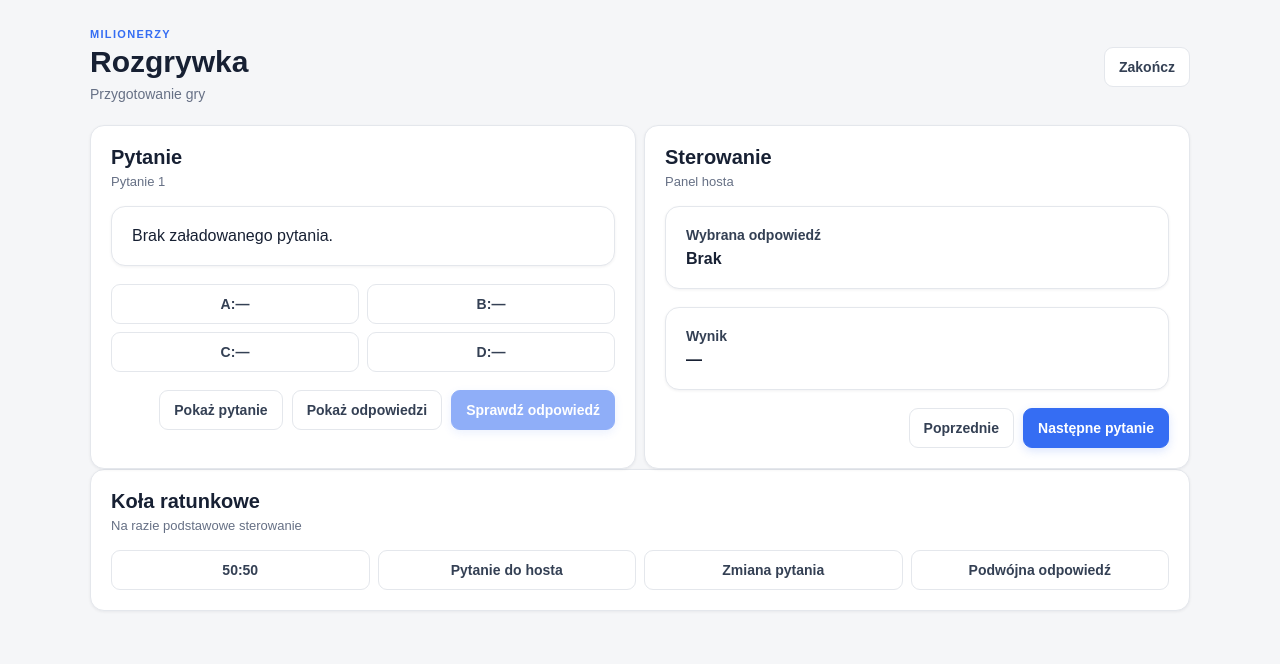
Repository: WaleonGames/HTGMilionerzy
Page: views/game.html
An editor plug-in stored every save of this project. The page is shown before and after a run of saves, followed by the edit.
The browser window is 1280 px wide. The pictures show the whole page.

Above is the page before, as saved 2026-09-05 20:39:04.

### views/game.html
<!doctype html>
<html lang="pl">
<head>
  <meta charset="UTF-8">
  <meta name="viewport" content="width=device-width,initial-scale=1.0">

  <title>Milionerzy - Gra</title>

  <link rel="stylesheet" href="../public/css/style.css">
  <link rel="stylesheet" href="../public/css/design.css">
</head>
<body>
  <main class="page">
    <header class="page-header">
      <div class="page-header-main">
        <span class="eyebrow">
          MILIONERZY
        </span>

        <h1 class="page-title">
          Rozgrywka
        </h1>

        <p
          id="gameStatus"
          class="page-description"
        >
          Przygotowanie gry
        </p>
      </div>

      <div class="form-actions">
        <button
          id="backButton"
          class="button button-secondary"
          type="button"
        >
          Zakończ
        </button>
      </div>
    </header>

    <section class="grid grid-2">
      <section class="panel">
        <div class="panel-header">
          <div>
            <h2>
              Pytanie
            </h2>

            <span id="questionNumber">
              Pytanie 1
            </span>
          </div>
        </div>

        <div class="form">
          <div
            id="questionText"
            class="card"
          >
            Brak załadowanego pytania.
          </div>

          <div
            id="answersGrid"
            class="grid grid-2"
          >
            <button
              class="button answer-option"
              data-answer="A"
              type="button"
            >
              <strong>A:</strong>
              <span id="answerTextA">—</span>
            </button>

            <button
              class="button answer-option"
              data-answer="B"
              type="button"
            >
              <strong>B:</strong>
              <span id="answerTextB">—</span>
            </button>

            <button
              class="button answer-option"
              data-answer="C"
              type="button"
            >
              <strong>C:</strong>
              <span id="answerTextC">—</span>
            </button>

            <button
              class="button answer-option"
              data-answer="D"
              type="button"
            >
              <strong>D:</strong>
              <span id="answerTextD">—</span>
            </button>
          </div>

          <div class="form-actions">
            <button
              id="showQuestionButton"
              class="button button-secondary"
              type="button"
            >
              Pokaż pytanie
            </button>

            <button
              id="showAnswersButton"
              class="button button-secondary"
              type="button"
            >
              Pokaż odpowiedzi
            </button>

            <button
              id="checkAnswerButton"
              class="button button-primary"
              type="button"
              disabled
            >
              Sprawdź odpowiedź
            </button>
          </div>
        </div>
      </section>

      <section class="panel">
        <div class="panel-header">
          <div>
            <h2>
              Sterowanie
            </h2>

            <span>
              Panel hosta
            </span>
          </div>
        </div>

        <div class="form">
          <div class="card">
            <div class="form-field">
              <label>
                Wybrana odpowiedź
              </label>

              <strong id="selectedAnswer">
                Brak
              </strong>
            </div>
          </div>

          <div class="card">
            <div class="form-field">
              <label>
                Wynik
              </label>

              <strong id="answerResult">
                —
              </strong>
            </div>
          </div>

          <div class="form-actions">
            <button
              id="previousQuestionButton"
              class="button button-secondary"
              type="button"
            >
              Poprzednie
            </button>

            <button
              id="nextQuestionButton"
              class="button button-primary"
              type="button"
            >
              Następne pytanie
            </button>
          </div>
        </div>
      </section>
    </section>

    <section class="panel">
      <div class="panel-header">
        <div>
          <h2>
            Koła ratunkowe
          </h2>

          <span>
            Na razie podstawowe sterowanie
          </span>
        </div>
      </div>

      <div class="grid grid-4">
        <button
          id="lifeline5050"
          class="button"
          type="button"
        >
          50:50
        </button>

        <button
          id="lifelineHost"
          class="button"
          type="button"
        >
          Pytanie do hosta
        </button>

        <button
          id="lifelineChange"
          class="button"
          type="button"
        >
          Zmiana pytania
        </button>

        <button
          id="lifelineDouble"
          class="button"
          type="button"
        >
          Podwójna odpowiedź
        </button>
      </div>
    </section>
  </main>

  <script src="../public/js/design.js"></script>
  <script src="../public/js/game.js"></script>
</body>
</html>

### public/css/style.css
*{
  box-sizing:border-box;
  margin:0;
  padding:0;
}

html,
body{
  width:100%;
  min-height:100%;
}

body{
  min-height:100vh;
  font-family:Arial,sans-serif;
}

button,
input,
select,
textarea{
  font:inherit;
}

button{
  cursor:pointer;
}

[hidden]{
  display:none !important;
}

/* =========================
   APP
========================= */

.app{
  min-height:100vh;
}

/* =========================
   PAGE
========================= */

.page{
  width:min(1100px,calc(100% - 32px));
  margin:0 auto;
  padding:28px 0;
}

.page-header{
  display:flex;
  align-items:center;
  justify-content:space-between;
  gap:20px;
  margin-bottom:20px;
}

.page-header-main{
  min-width:0;
}

.page-title{
  margin:4px 0;
  font-size:30px;
  line-height:1.2;
}

.page-description{
  font-size:14px;
  line-height:1.5;
}

.eyebrow{
  display:block;
  font-size:11px;
  font-weight:800;
  letter-spacing:.12em;
}

.text-muted{
  font-size:13px;
}

/* =========================
   TOPBAR
========================= */

.topbar{
  display:flex;
  align-items:center;
  justify-content:space-between;
  gap:20px;
  min-height:72px;
  padding:14px 24px;
}

.topbar-left{
  display:flex;
  align-items:center;
  gap:14px;
  min-width:0;
}

.topbar-left>div{
  min-width:0;
}

.topbar-left h1{
  margin:0;
  font-size:24px;
  line-height:1.2;
}

.topbar-left p{
  margin-top:4px;
  font-size:13px;
}

.topbar-actions{
  display:flex;
  align-items:center;
  gap:9px;
}

/* =========================
   APP LAYOUT
========================= */

.app-layout{
  display:grid;
  grid-template-columns:240px minmax(0,1fr);
  min-height:calc(100vh - 82px);
}

/* =========================
   SIDEBAR
========================= */

.sidebar{
  display:flex;
  flex-direction:column;
  padding:18px 14px;
  border-right:1px solid;
}

/* =========================
   NAVIGATION
========================= */

.nav{
  display:flex;
  flex-direction:column;
  gap:6px;
}

.nav-item{
  display:flex;
  align-items:center;
  width:100%;
  min-height:44px;
  padding:0 13px;
  border:0;
  border-radius:9px;
  font-size:14px;
  font-weight:700;
  text-align:left;
}

/* =========================
   CONTENT
========================= */

.content{
  width:100%;
  min-width:0;
  max-width:1050px;
  padding:28px 30px 50px;
}

/* =========================
   SECTION
========================= */

.section-header{
  margin-bottom:18px;
}

.section-header h2{
  font-size:27px;
  line-height:1.2;
}

.section-header p{
  margin-top:5px;
  font-size:14px;
  line-height:1.5;
}

/* =========================
   TAB
========================= */

.tab-panel{
  display:none;
}

.tab-panel.active{
  display:block;
}

/* =========================
   PANEL
========================= */

.panel{
  padding:20px;
  border:1px solid;
  border-radius:14px;
}

.panel-header{
  display:flex;
  align-items:center;
  justify-content:space-between;
  gap:16px;
  margin-bottom:16px;
}

.panel-header h2{
  margin-bottom:3px;
  font-size:20px;
}

.panel-header span{
  font-size:13px;
}

/* =========================
   CARD
========================= */

.card{
  padding:20px;
  border:1px solid;
  border-radius:14px;
}

/* =========================
   ACTION CARD
========================= */

.action-card{
  display:flex;
  flex-direction:column;
  align-items:flex-start;
  justify-content:center;

  width:100%;
  min-height:130px;

  padding:20px;

  text-align:left;

  cursor:pointer;
}

.action-card-title{
  font-size:18px;
  font-weight:800;
}

.action-card-description{
  margin-top:7px;

  font-size:13px;
  line-height:1.45;
}

/* =========================
   BUTTON
========================= */

.button{
  display:inline-flex;
  align-items:center;
  justify-content:center;
  min-height:40px;
  padding:0 14px;
  border:1px solid;
  border-radius:9px;
  font-size:14px;
  font-weight:700;
  text-decoration:none;
}

.button:active{
  transform:scale(.98);
}

.button-icon{
  width:40px;
  height:40px;
  flex:0 0 40px;
  padding:0;
  font-size:20px;
}

/* =========================
   LIST
========================= */

.list{
  display:flex;
  flex-direction:column;
  gap:10px;
}

.list-item{
  padding:14px;
  border:1px solid;
  border-radius:10px;
}

.list-item-header{
  display:flex;
  align-items:flex-start;
  justify-content:space-between;
  gap:16px;
  margin-bottom:12px;
}

.list-item-header h3{
  flex:1;
  min-width:0;
  font-size:16px;
  line-height:1.4;
}

/* =========================
   GRID
========================= */

.grid{
  display:grid;
  gap:8px;
}

.grid-2{
  grid-template-columns:repeat(2,minmax(0,1fr));
}

.grid-3{
  grid-template-columns:repeat(3,minmax(0,1fr));
}

.grid-4{
  grid-template-columns:repeat(4,minmax(0,1fr));
}

/* =========================
   ANSWER
========================= */

.answer{
  padding:9px 11px;
  border:1px solid transparent;
  border-radius:8px;
  font-size:14px;
  line-height:1.35;
}

.answer strong{
  margin-right:4px;
}

/* =========================
   FORM
========================= */

.form{
  display:flex;
  flex-direction:column;
  gap:18px;
}

.form-field{
  display:flex;
  flex-direction:column;
  gap:7px;
}

.form-field label{
  display:flex;
  align-items:center;
  justify-content:space-between;
  gap:10px;
  font-size:14px;
  font-weight:700;
}

input,
select,
textarea{
  width:100%;
  min-height:40px;
  padding:8px 10px;
  border:1px solid;
  border-radius:8px;
}

textarea{
  min-height:90px;
  resize:vertical;
}

.form-grid{
  display:grid;
  grid-template-columns:repeat(2,minmax(0,1fr));
  gap:10px;
}

.form-actions{
  display:flex;
  align-items:center;
  justify-content:flex-end;
  gap:9px;
}

/* =========================
   INPUT GROUP
========================= */

.input-group{
  display:flex;
  align-items:center;
  overflow:hidden;
  min-height:40px;
  border:1px solid;
  border-radius:8px;
}

.input-group-label{
  display:flex;
  align-items:center;
  justify-content:center;
  align-self:stretch;
  width:40px;
  flex:0 0 40px;
  font-size:13px;
  font-weight:700;
}

.input-group input{
  min-height:40px;
  border:0;
  border-radius:0;
}

/* =========================
   SETTING ROW
========================= */

.setting-row{
  display:flex;
  align-items:center;
  justify-content:space-between;
  gap:20px;
  padding:14px;
  border:1px solid;
  border-radius:10px;
  cursor:pointer;
}

.setting-row>div{
  display:flex;
  flex-direction:column;
  gap:4px;
  min-width:0;
}

.setting-row strong{
  font-size:14px;
  line-height:1.35;
}

.setting-row span{
  font-size:13px;
  line-height:1.4;
}

/* =========================
   SWITCH
========================= */

.setting-row input[type="checkbox"]{
  position:relative;
  appearance:none;
  width:44px;
  min-width:44px;
  height:24px;
  min-height:24px;
  padding:0;
  border:0;
  border-radius:999px;
  cursor:pointer;
}

.setting-row input[type="checkbox"]::after{
  content:"";
  position:absolute;
  top:3px;
  left:3px;
  width:18px;
  height:18px;
  border-radius:50%;
  transition:transform .18s ease;
}

.setting-row input[type="checkbox"]:checked::after{
  transform:translateX(20px);
}

/* =========================
   RANGE
========================= */

input[type="range"]{
  height:6px;
  min-height:6px;
  padding:0;
  appearance:none;
  border:0;
  border-radius:999px;
}

input[type="range"]::-webkit-slider-thumb{
  appearance:none;
  width:18px;
  height:18px;
  border-radius:50%;
  cursor:pointer;
}

input[type="range"]::-moz-range-thumb{
  width:18px;
  height:18px;
  border:0;
  border-radius:50%;
  cursor:pointer;
}

/* =========================
   COLOR
========================= */

input[type="color"]{
  width:80px;
  height:40px;
  padding:4px;
  cursor:pointer;
}

/* =========================
   PRIZE LIST
========================= */

.prize-list{
  display:flex;
  flex-direction:column;
  gap:9px;
}

.prize-item{
  display:grid;
  grid-template-columns:100px minmax(0,1fr) 180px;
  align-items:center;
  gap:10px;
  padding:10px 12px;
  border:1px solid;
  border-radius:9px;
}

.prize-number{
  font-size:14px;
  font-weight:700;
}

/* =========================
   EMPTY
========================= */

.empty{
  padding:28px 16px;
  border:1px dashed;
  border-radius:10px;
  text-align:center;
  font-size:14px;
}

/* =========================
   MODAL
========================= */

.modal-backdrop{
  position:fixed;
  inset:0;
  z-index:1000;
  display:flex;
  align-items:center;
  justify-content:center;
  padding:16px;
}

.modal-backdrop[hidden]{
  display:none;
}

.modal{
  width:min(580px,100%);
  max-height:calc(100vh - 32px);
  overflow:auto;
  padding:18px;
  border:1px solid;
  border-radius:13px;
}

.modal-header{
  display:flex;
  align-items:flex-start;
  justify-content:space-between;
  gap:16px;
  margin-bottom:18px;
}

.modal-header h2{
  margin-top:3px;
  font-size:22px;
}

.modal-actions{
  display:flex;
  align-items:center;
  justify-content:flex-end;
  gap:9px;
  margin-top:18px;
}

/* =========================
   MAIN MENU
========================= */

.main-menu{
  width:min(980px,calc(100% - 32px));
  margin:0 auto;
  padding:40px 0;
}

.menu-header{
  margin-bottom:24px;
}

.menu-header h1{
  margin:5px 0;
  font-size:34px;
}

.menu-header p{
  font-size:14px;
}

.menu-grid{
  display:grid;
  grid-template-columns:repeat(2,minmax(0,1fr));
  gap:14px;
}

.menu-card{
  display:flex;
  flex-direction:column;
  align-items:flex-start;
  justify-content:center;
  min-height:130px;
  padding:20px;
  border:1px solid;
  border-radius:14px;
  text-align:left;
}

.menu-card-title{
  font-size:18px;
  font-weight:800;
}

.menu-card-description{
  margin-top:7px;
  font-size:13px;
  line-height:1.45;
}

/* =========================
   STATUS
========================= */

.status-message{
  position:fixed;
  right:24px;
  bottom:24px;
  z-index:1100;
  padding:12px 16px;
  border-radius:9px;
  font-size:14px;
  font-weight:700;
}

/* =========================
   SETTING INLINE
========================= */

.setting-inline{
  display:flex;
  align-items:center;
  gap:8px;
  font-size:13px;
  font-weight:700;
  cursor:pointer;
}

.setting-inline input[type="checkbox"]{
  width:17px;
  min-width:17px;
  height:17px;
  min-height:17px;
  padding:0;
  flex:0 0 17px;
}

/* =========================
   PRIZE INPUT
========================= */

.prize-item input[type="number"]{
  width:100%;
  min-width:0;
}

/* =========================
   FORM FIELD HELPERS
========================= */

.form-field>label>span{
  margin-left:auto;
  font-size:13px;
  font-weight:600;
}

/* =========================
   SELECT
========================= */

select{
  cursor:pointer;
}

/* =========================
   STATUS
========================= */

.status-message[hidden]{
  display:none;
}

/* =========================
   RESPONSIVE
========================= */

@media(max-width:800px){
  .page{
    width:calc(100% - 20px);
    padding:20px 0;
  }

  .page-header,
  .panel-header{
    align-items:flex-start;
    flex-direction:column;
  }

  .topbar{
    align-items:flex-start;
    flex-direction:column;
  }

  .topbar-actions{
    width:100%;
  }

  .topbar-actions .button{
    flex:1;
  }

  .app-layout{
    grid-template-columns:1fr;
  }

  .sidebar{
    overflow-x:auto;
    border-right:0;
    border-bottom:1px solid;
  }

  .nav{
    flex-direction:row;
  }

  .nav-item{
    flex:0 0 auto;
    width:auto;
    white-space:nowrap;
  }

  .content{
    max-width:none;
    padding:20px 16px 40px;
  }

  .menu-grid{
    grid-template-columns:1fr;
  }

  .grid-2,
  .grid-3,
  .grid-4,
  .form-grid{
    grid-template-columns:1fr;
  }

  .prize-item{
    grid-template-columns:1fr;
  }

  .modal-actions,
  .form-actions{
    flex-direction:column-reverse;
  }

  .modal-actions .button,
  .form-actions .button{
    width:100%;
  }
}

Loaded but not shown: public/js/design.js (200 lines, source omitted); public/css/design.css (1034 lines, source omitted); public/js/shortcuts/game.js (no copy from this time; the picture is the same without it)

After the next 2 saves:
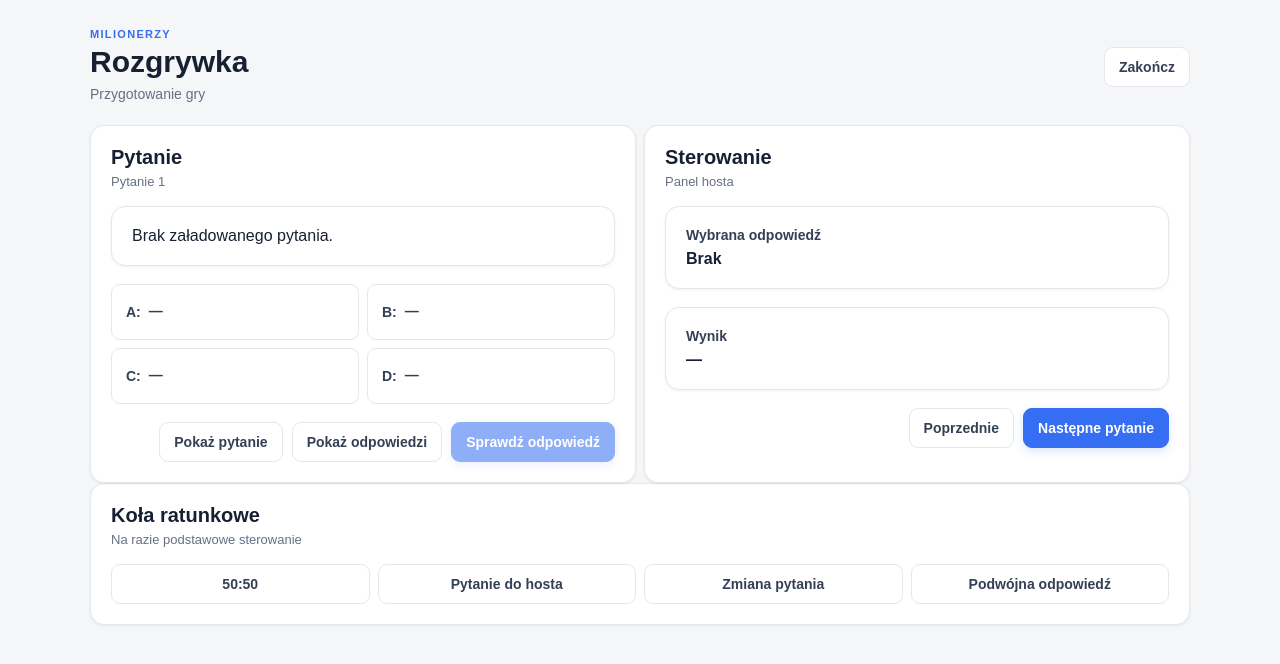
The 2 saves are shown as one change because they came seconds apart.
The last was saved 3 min 37 s later.
--- a/public/css/style.css
+++ b/public/css/style.css
@@ -772,6 +772,69 @@ select{
 }
 
 /* =========================
+   GAME / ANSWER OPTION
+========================= */
+
+.answer-option{
+  display:flex;
+  align-items:center;
+  justify-content:flex-start;
+  gap:8px;
+  width:100%;
+  min-height:56px;
+  padding:12px 14px;
+  text-align:left;
+}
+
+.answer-option strong{
+  flex:0 0 auto;
+  font-size:14px;
+}
+
+.answer-option span{
+  min-width:0;
+  font-size:14px;
+  line-height:1.4;
+}
+
+.answer-option.selected{
+  border-width:2px;
+}
+
+.game-question{
+  min-height:90px;
+  display:flex;
+  align-items:center;
+  font-size:18px;
+  font-weight:700;
+  line-height:1.5;
+}
+
+.game-value{
+  display:flex;
+  flex-direction:column;
+  gap:6px;
+}
+
+.game-value>span{
+  font-size:13px;
+}
+
+.game-value>strong{
+  font-size:18px;
+}
+
+.game-controls{
+  display:flex;
+  flex-wrap:wrap;
+  gap:9px;
+}
+
+.game-controls .button{
+  flex:1;
+}
+
+/* =========================
    RESPONSIVE
 ========================= */
 
